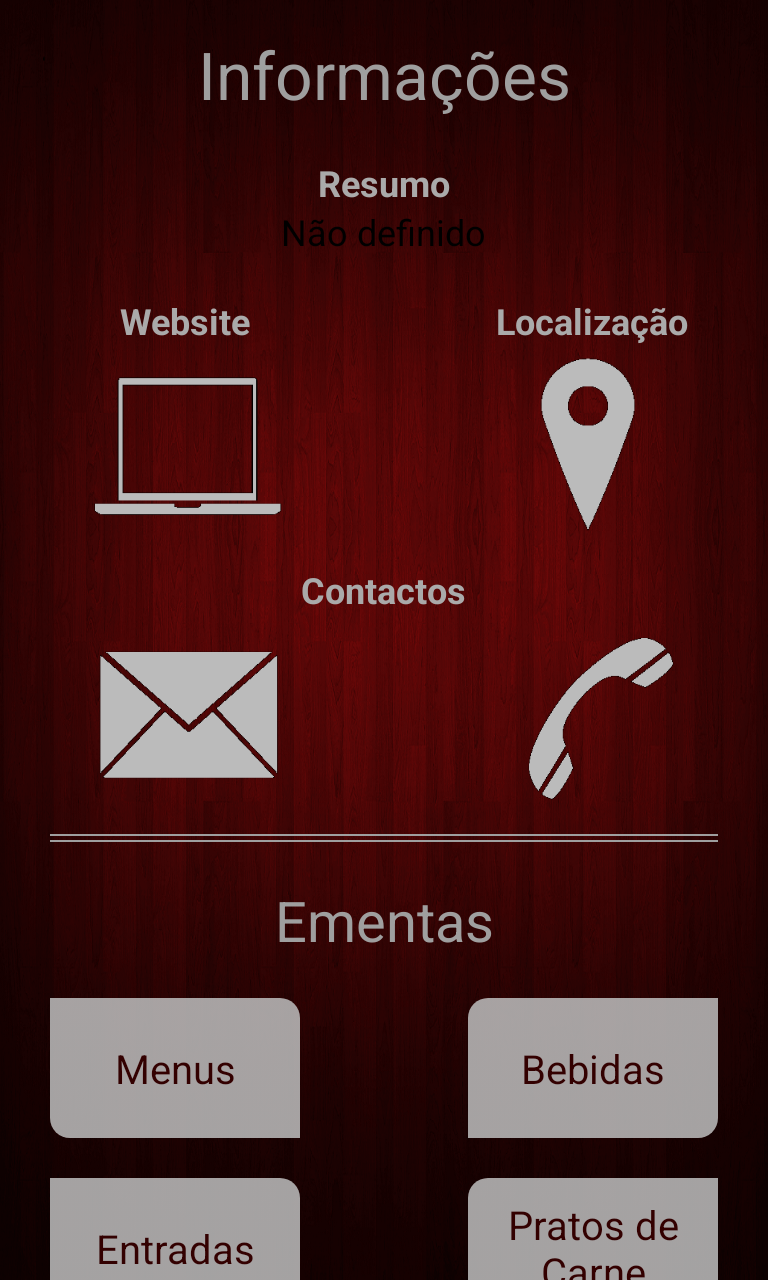
Repository: LuisFilipeDias/eMenu
Layout: SideMenuTutorial/res/layout/fragment.xml
These files come from the project's save history. The layout is drawn as it stood at one moment and after the next save; the edit follows.
It is drawn on a 768 x 1280 px phone screen (xhdpi) without system bars, with theme Theme.Sherlock; the app's code is not run.

Above is the layout before, as saved 2013-12-23 22:34:32.

### SideMenuTutorial/res/layout/fragment.xml
<LinearLayout xmlns:android="http://schemas.android.com/apk/res/android"
    xmlns:tools="http://schemas.android.com/tools"
    android:id="@+id/LinearLayout1"
    android:layout_width="match_parent"
    android:layout_height="match_parent"
    android:orientation="vertical"
    android:background="@drawable/back_a"
    tools:context=".MainActivity" >

    <ScrollView
        android:id="@+id/scrollView1"
        android:layout_width="match_parent"
        android:layout_height="match_parent">

	    <RelativeLayout
	        android:layout_width="match_parent"
	        android:layout_height="match_parent"
	        android:layout_marginLeft="25dp"
	        android:layout_marginRight="25dp" >

		    <RelativeLayout
		        android:id="@+id/relative_1"
		        android:layout_width="match_parent"
		        android:layout_height="match_parent"
		        android:layout_alignParentLeft="true"
		        android:layout_alignParentRight="true" >

		   		<TextView
		        	android:id="@+id/info_ttl"
		            android:text="@string/info_ttl"
		            android:textColor="@color/emenu_color"
		            android:layout_width="match_parent"
		            android:layout_height="match_parent"
	            	android:layout_marginTop="15dp"
		            android:textAppearance="?android:attr/textAppearanceLarge"
	            	android:gravity="center_horizontal|center_vertical"
		            android:textSize="33sp"/>

			    <TextView
			        android:id="@+id/resumee_ttl"
			        android:layout_width="wrap_content"
			        android:layout_height="wrap_content"
			        android:layout_below="@+id/info_ttl"
			        android:layout_centerHorizontal="true"
			        android:layout_marginTop="20dp"
			        android:text="@string/resumee_ttl"
			        android:textAppearance="?android:attr/textAppearanceLarge"
			        android:textColor="@android:color/darker_gray"
			        android:textSize="18sp"
			        android:textStyle="bold" />

			    <TextView
			        android:id="@+id/resumee_txt"
			        android:layout_width="wrap_content"
			        android:layout_height="wrap_content"
			        android:layout_below="@+id/resumee_ttl"
			        android:layout_centerHorizontal="true"
			        android:text="@string/resumee_txt"
			        android:textAppearance="?android:attr/textAppearanceLarge"
			        android:textSize="18sp" />

		   		<TextView
		            android:id="@+id/website_ttl"
		            android:text="@string/website_ttl"
		            android:textStyle="bold"
		            android:textColor="@android:color/darker_gray"
		            android:layout_width="wrap_content"
		            android:layout_height="wrap_content"
	            	android:layout_marginTop="20dp"
	            	android:layout_marginLeft="35dp"
	            	android:layout_below="@+id/resumee_txt"
		            android:textAppearance="?android:attr/textAppearanceLarge"
		            android:clickable="true"
		            android:textSize="18sp" />

		   		<Button
		            android:id="@+id/website_txt"
		            android:layout_width="100dp"
		            android:layout_height="100dp"
	            	android:layout_marginLeft="-15dp"
	            	android:layout_below="@+id/website_ttl"
			        android:layout_alignLeft="@+id/website_ttl"
	            	android:background="@drawable/website_clicked"
	            	android:onClick="websiteClicked" />

			   	<TextView
			       	android:id="@+id/location_ttl"
			       	android:layout_width="wrap_content"
			       	android:layout_height="wrap_content"
	               	android:layout_marginTop="20dp"
	               	android:layout_marginRight="15dp"
			       	android:layout_alignParentRight="true"
	            	android:layout_below="@+id/resumee_txt"
			       	android:clickable="true"
			       	android:text="@string/location_ttl"
			       	android:textAppearance="?android:attr/textAppearanceLarge"
			       	android:textColor="@android:color/darker_gray"
			       	android:textSize="18sp"
			       	android:textStyle="bold" />

			   	<Button
			       	android:id="@+id/location_txt"
			       	android:layout_width="100dp"
			       	android:layout_height="100dp"
	               	android:layout_below="@+id/location_ttl"
			       	android:layout_alignRight="@+id/location_ttl"
			       	android:background="@drawable/local_clicked"
			       	android:onClick="locationClicked" />

		   		<TextView
			       	android:id="@+id/contacts_ttl"
			       	android:layout_width="wrap_content"
			       	android:layout_height="wrap_content"
			       	android:layout_below="@+id/location_txt"
			       	android:layout_marginTop="10dp"
			       	android:clickable="true"
			       	android:text="@string/contacts_ttl"
			        android:layout_centerHorizontal="true"
			       	android:textAppearance="?android:attr/textAppearanceLarge"
			       	android:textColor="@android:color/darker_gray"
			       	android:textSize="18sp"
			       	android:textStyle="bold" />

		   		<TextView
		            android:id="@+id/email_txt"
	            	android:background="@drawable/email_clicked"
		            android:layout_width="100dp"
		            android:layout_height="100dp"
	            	android:layout_marginLeft="20dp"
	            	android:layout_below="@+id/contacts_ttl"
		            android:clickable="true"
	           	 	android:onClick="emailClicked" />

			   	<TextView
			       	android:id="@+id/phone_txt"
			       	android:background="@drawable/phone_clicked"
			       	android:layout_width="90dp"
			       	android:layout_height="100dp"
	            	android:layout_marginRight="15dp"
	            	android:layout_below="@+id/contacts_ttl"
			       	android:layout_alignParentRight="true"
			       	android:clickable="true"
			       	android:onClick="phoneClicked" />

		    </RelativeLayout>

		        <View
		            android:id="@+id/sep_1"
		            android:background="@color/emenu_color"
		            android:layout_width="fill_parent"
		            android:layout_height="1dp"
		            android:layout_marginTop="10dp"
	            	android:layout_below="@+id/relative_1" />

		        <View
		            android:id="@+id/sep_2"
		            android:background="@color/emenu_color"
		            android:layout_width="fill_parent"
		            android:layout_height="1dp"
		            android:layout_marginBottom="10dp"
		            android:layout_marginTop="2dp"
	            	android:layout_below="@+id/sep_1"/>

		   <TextView
		            android:id="@+id/carte_ttl"
		            android:text="@string/carte_ttl"
		            android:textColor="@color/emenu_color"
		            android:layout_width="match_parent"
		            android:layout_height="match_parent"
	            	android:layout_marginTop="10dp"
		            android:textAppearance="?android:attr/textAppearanceLarge"
	            	android:gravity="center_horizontal|center_vertical"
	            	android:layout_below="@+id/sep_2"
		            android:textSize="28sp" />

	        <TextView
	            android:id="@+id/menu_txt"
	            android:text="@string/menu_txt"
	            android:textColor="@color/brown"
	            android:layout_width="125dp"
	            android:layout_height="70dp"
	            android:layout_marginTop="20dp"
	            android:layout_below="@+id/carte_ttl"
	            android:background="@drawable/left_clicked"
	            android:gravity="center_horizontal|center_vertical"
	            android:textAppearance="?android:attr/textAppearanceLarge"
		        android:clickable="true"
	            android:onClick="menuClicked"
	            android:textSize="20sp" />

	        <TextView
	            android:id="@+id/drinks_txt"
	            android:text="@string/drinks_txt"
	            android:textColor="@color/brown"
	            android:layout_width="125dp"
	            android:layout_height="70dp"
	            android:layout_marginTop="20dp"
	            android:layout_alignBottom="@+id/menu_txt"
	            android:layout_alignParentRight="true"
	            android:background="@drawable/right_clicked"
	            android:gravity="center_horizontal|center_vertical"
	            android:textAppearance="?android:attr/textAppearanceLarge"
	            android:clickable="true"
	            android:onClick="drinksClicked"
	            android:textSize="20sp" />

	        <TextView
	            android:id="@+id/entry_txt"
	            android:text="@string/entry_txt"
	            android:textColor="@color/brown"
	            android:layout_width="125dp"
	            android:layout_height="70dp"
	            android:layout_marginTop="20dp"
	            android:layout_alignParentLeft="true"
	            android:layout_below="@+id/menu_txt"
	            android:background="@drawable/left_clicked"
	            android:gravity="center_horizontal|center_vertical"
	            android:textAppearance="?android:attr/textAppearanceLarge"
	            android:clickable="true"
	            android:onClick="entryClicked"
	            android:textSize="20sp" />

	        <TextView
	            android:id="@+id/meat_txt"
	            android:text="@string/meat_txt"
	            android:textColor="@color/brown"
	            android:layout_width="125dp"
	            android:layout_height="70dp"
	            android:layout_marginTop="20dp"
	            android:layout_alignBottom="@+id/entry_txt"
	            android:layout_alignParentRight="true"
	            android:background="@drawable/right_clicked"
	            android:gravity="center_horizontal|center_vertical"
	            android:textAppearance="?android:attr/textAppearanceLarge"
	            android:clickable="true"
	            android:onClick="meatClicked"
	            android:textSize="20sp" />

	        <TextView
	            android:id="@+id/fish_txt"
	            android:text="@string/fish_txt"
	            android:textColor="@color/brown"
	            android:layout_width="125dp"
	            android:layout_height="70dp"
	            android:layout_below="@+id/meat_txt"
	            android:layout_marginTop="20dp"
	            android:background="@drawable/left_clicked"
	            android:gravity="center_horizontal|center_vertical"
	            android:textAppearance="?android:attr/textAppearanceLarge"
	            android:clickable="true"
	            android:onClick="fishClicked"
	            android:textSize="20sp" />

	        <TextView
	            android:id="@+id/others_txt"
	            android:text="@string/others_txt"
	            android:textColor="@color/brown"
	            android:layout_width="125dp"
	            android:layout_height="70dp"
	            android:layout_marginTop="20dp"
	            android:layout_alignBottom="@+id/fish_txt"
	            android:layout_alignParentRight="true"
	            android:background="@drawable/right_clicked"
	            android:gravity="center_horizontal|center_vertical"
	            android:textAppearance="?android:attr/textAppearanceLarge"
	            android:clickable="true"
	            android:onClick="othersClicked"
	            android:textSize="20sp" />

	        <TextView
	            android:id="@+id/deserts_txt"
	            android:text="@string/deserts_txt"
	            android:textColor="@color/brown"
	            android:layout_width="125dp"
	            android:layout_height="70dp"
	            android:layout_marginTop="20dp"
	            android:layout_below="@+id/others_txt"
	            android:layout_centerHorizontal="true"
	            android:background="@drawable/center_clicked"
	            android:gravity="center_horizontal|center_vertical"
	            android:textAppearance="?android:attr/textAppearanceLarge"
	            android:clickable="true"
	            android:textSize="20sp"
	            android:onClick="desertClicked"
        		android:layout_marginBottom="20dp"/>

		   <View
		        android:id="@+id/sep_3"
		        android:background="@color/emenu_color"
		        android:layout_width="fill_parent"
		        android:layout_height="1dp"
		        android:layout_marginTop="20dp"
	         	android:layout_below="@+id/deserts_txt" />

	    </RelativeLayout>
    </ScrollView>

</LinearLayout>

### SideMenuTutorial/res/values/colors.xml
<?xml version="1.0" encoding="utf-8"?>
<resources>
        <color name="background_color">#888888</color>
        <color name="text_color">#00FFFF</color>
        <color name="random_color">#0000FF</color>
        <color name="light_grey">#EBEBEB</color>
        <color name="medium_grey">#A0A0A0</color>
        <color name="dark_grey">#646464</color>
        <color name="light_red">#FFE2E2</color>
        <color name="medium_red">#FFB4B4</color>
        <color name="light_blue">#E2E2FF</color>
        <color name="medium_blue">#B4B4FF</color>
        <color name="dark_blue">#0000FF</color>
        <color name="light_green">#E2FFE2</color>
        <color name="medium_green">#B4FFB4</color>
        <color name="emenu_color">#9F9F9F</color>
        <color name="light_orange">#FFC983</color>
        <color name="medium_orange">#FFB778</color>
        <color name="light_yellow">#FFFFBF</color>
        <color name="medium_yellow">#FFFFA3</color>
        <color name="white">#FFFFFF</color>
        <color name="top_blue">#3399CC</color>
        <color name="brown">#330000</color>
</resources>

### SideMenuTutorial/res/drawable/website_clicked.xml
<?xml version="1.0" encoding="utf-8"?>
<selector xmlns:android="http://schemas.android.com/apk/res/android">
<!-- Button Focused-->
    <item   android:state_focused="true"
            android:state_pressed="false"
            android:drawable="@drawable/website_click"
            />
<!-- Button Focused Pressed-->
    <item   android:state_focused="true"
            android:state_pressed="true"
            android:drawable="@drawable/website_click"
            />
<!-- Button Pressed-->
    <item   android:state_focused="false"
            android:state_pressed="true"
            android:drawable="@drawable/website_click"
            />
<!-- Button Default Image-->
    <item   android:drawable="@drawable/website"/>

</selector>

### SideMenuTutorial/res/drawable/local_clicked.xml
<?xml version="1.0" encoding="utf-8"?>
<selector xmlns:android="http://schemas.android.com/apk/res/android">
<!-- Button Focused-->
    <item   android:state_focused="true"
            android:state_pressed="false"
            android:drawable="@drawable/local_click"
            />
<!-- Button Focused Pressed-->
    <item   android:state_focused="true"
            android:state_pressed="true"
            android:drawable="@drawable/local_click"
            />
<!-- Button Pressed-->
    <item   android:state_focused="false"
            android:state_pressed="true"
            android:drawable="@drawable/local_click"
            />
<!-- Button Default Image-->
    <item   android:drawable="@drawable/local"/>

</selector>

### SideMenuTutorial/res/drawable/email_clicked.xml
<?xml version="1.0" encoding="utf-8"?>
<selector xmlns:android="http://schemas.android.com/apk/res/android">
<!-- Button Focused-->
    <item   android:state_focused="true"
            android:state_pressed="false"
            android:drawable="@drawable/email_click"
            />
<!-- Button Focused Pressed-->
    <item   android:state_focused="true"
            android:state_pressed="true"
            android:drawable="@drawable/email_click"
            />
<!-- Button Pressed-->
    <item   android:state_focused="false"
            android:state_pressed="true"
            android:drawable="@drawable/email_click"
            />
<!-- Button Default Image-->
    <item   android:drawable="@drawable/email"/>

</selector>

### SideMenuTutorial/res/drawable/phone_clicked.xml
<?xml version="1.0" encoding="utf-8"?>
<selector xmlns:android="http://schemas.android.com/apk/res/android">
<!-- Button Focused-->
    <item   android:state_focused="true"
            android:state_pressed="false"
            android:drawable="@drawable/phone_click"
            />
<!-- Button Focused Pressed-->
    <item   android:state_focused="true"
            android:state_pressed="true"
            android:drawable="@drawable/phone_click"
            />
<!-- Button Pressed-->
    <item   android:state_focused="false"
            android:state_pressed="true"
            android:drawable="@drawable/phone_click"
            />
<!-- Button Default Image-->
    <item   android:drawable="@drawable/phone"/>

</selector>

### SideMenuTutorial/res/drawable/left_clicked.xml
<?xml version="1.0" encoding="utf-8"?>
<selector xmlns:android="http://schemas.android.com/apk/res/android">
<!-- Button Focused-->
    <item   android:state_focused="true"
            android:state_pressed="false"
            android:drawable="@drawable/left_bg"
            />
<!-- Button Focused Pressed-->
    <item   android:state_focused="true"
            android:state_pressed="true"
            android:drawable="@drawable/left_bg"
            />
<!-- Button Pressed-->
    <item   android:state_focused="false"
            android:state_pressed="true"
            android:drawable="@drawable/left_bg"
            />
<!-- Button Default Image-->
    <item   android:drawable="@drawable/left_hover"/>

</selector>

### SideMenuTutorial/res/drawable/right_clicked.xml
<?xml version="1.0" encoding="utf-8"?>
<selector xmlns:android="http://schemas.android.com/apk/res/android">
<!-- Button Focused-->
    <item   android:state_focused="true"
            android:state_pressed="false"
            android:drawable="@drawable/right_bg"
            />
<!-- Button Focused Pressed-->
    <item   android:state_focused="true"
            android:state_pressed="true"
            android:drawable="@drawable/right_bg"
            />
<!-- Button Pressed-->
    <item   android:state_focused="false"
            android:state_pressed="true"
            android:drawable="@drawable/right_bg"
            />
<!-- Button Default Image-->
    <item   android:drawable="@drawable/right_hover"/>

</selector>

### SideMenuTutorial/res/drawable/center_clicked.xml
<?xml version="1.0" encoding="utf-8"?>
<selector xmlns:android="http://schemas.android.com/apk/res/android">
<!-- Button Focused-->
    <item   android:state_focused="true"
            android:state_pressed="false"
            android:drawable="@drawable/center_bg"
            />
<!-- Button Focused Pressed-->
    <item   android:state_focused="true"
            android:state_pressed="true"
            android:drawable="@drawable/center_bg"
            />
<!-- Button Pressed-->
    <item   android:state_focused="false"
            android:state_pressed="true"
            android:drawable="@drawable/center_bg"
            />
<!-- Button Default Image-->
    <item   android:drawable="@drawable/center_hover"/>

</selector>

### SideMenuTutorial/res/drawable/center_bg.xml
<?xml version="1.0" encoding="UTF-8"?>
<shape xmlns:android="http://schemas.android.com/apk/res/android">
<!--this is to give gradient effect -->
<gradient   android:angle="270"
            android:startColor="#FFFFFFFF"
            android:endColor="#FFFFFFFF"
            />
<!-- this is make corners of button rounded -->
<corners    android:topLeftRadius="10dip"
               android:bottomRightRadius="10dip"
               android:topRightRadius="10dip"
               android:bottomLeftRadius="10dip"/>

</shape>

### SideMenuTutorial/res/drawable/center_hover.xml
<?xml version="1.0" encoding="UTF-8"?>
<shape xmlns:android="http://schemas.android.com/apk/res/android">
<!--this is to give gradient effect -->
<gradient   android:angle="270"
               android:startColor="#DDBBBBBB"
               android:endColor="#DDBBBBBB"
               />
<!-- this is make corners of button rounded -->
<corners    android:topLeftRadius="10dip"
               android:bottomRightRadius="10dip"
               android:topRightRadius="10dip"
               android:bottomLeftRadius="10dip"/>

</shape>

### SideMenuTutorial/res/drawable/right_bg.xml
<?xml version="1.0" encoding="UTF-8"?>
<shape xmlns:android="http://schemas.android.com/apk/res/android">
<!--this is to give gradient effect -->
<gradient   android:angle="270"
            android:startColor="#FFFFFFFF"
            android:endColor="#FFFFFFFF"
            />
<!-- this is make corners of button rounded -->
<corners    android:topLeftRadius="10dip"
               android:bottomRightRadius="10dip"
               android:topRightRadius="0dip"
               android:bottomLeftRadius="0dip"/>

</shape>

### SideMenuTutorial/res/drawable/right_hover.xml
<?xml version="1.0" encoding="UTF-8"?>
<shape xmlns:android="http://schemas.android.com/apk/res/android">
<!--this is to give gradient effect -->
<gradient   android:angle="270"
               android:startColor="#DDBBBBBB"
               android:endColor="#DDBBBBBB"
               />
<!-- this is make corners of button rounded -->
<corners    android:topLeftRadius="10dip"
               android:bottomRightRadius="10dip"
               android:topRightRadius="0dip"
               android:bottomLeftRadius="0dip"/>

</shape>

### SideMenuTutorial/res/drawable/left_bg.xml
<?xml version="1.0" encoding="UTF-8"?>
<shape xmlns:android="http://schemas.android.com/apk/res/android">
<!--this is to give gradient effect -->
<gradient   android:angle="270"
            android:startColor="#FFFFFFFF"
            android:endColor="#FFFFFFFF"
            />
<!-- this is make corners of button rounded -->
<corners    android:topLeftRadius="0dip"
               android:bottomRightRadius="0dip"
               android:topRightRadius="10dip"
               android:bottomLeftRadius="10dip"/>

</shape>

### SideMenuTutorial/res/drawable/left_hover.xml
<?xml version="1.0" encoding="UTF-8"?>
<shape xmlns:android="http://schemas.android.com/apk/res/android">
<!--this is to give gradient effect -->
<gradient   android:angle="270"
               android:startColor="#DDBBBBBB"
               android:endColor="#DDBBBBBB"
               />
<!-- this is make corners of button rounded -->
<corners    android:topLeftRadius="0dip"
               android:bottomRightRadius="0dip"
               android:topRightRadius="10dip"
               android:bottomLeftRadius="10dip"/>

</shape>

Loaded but not shown: SideMenuTutorial/res/values/strings.xml (48 lines, source omitted)

After the next save:
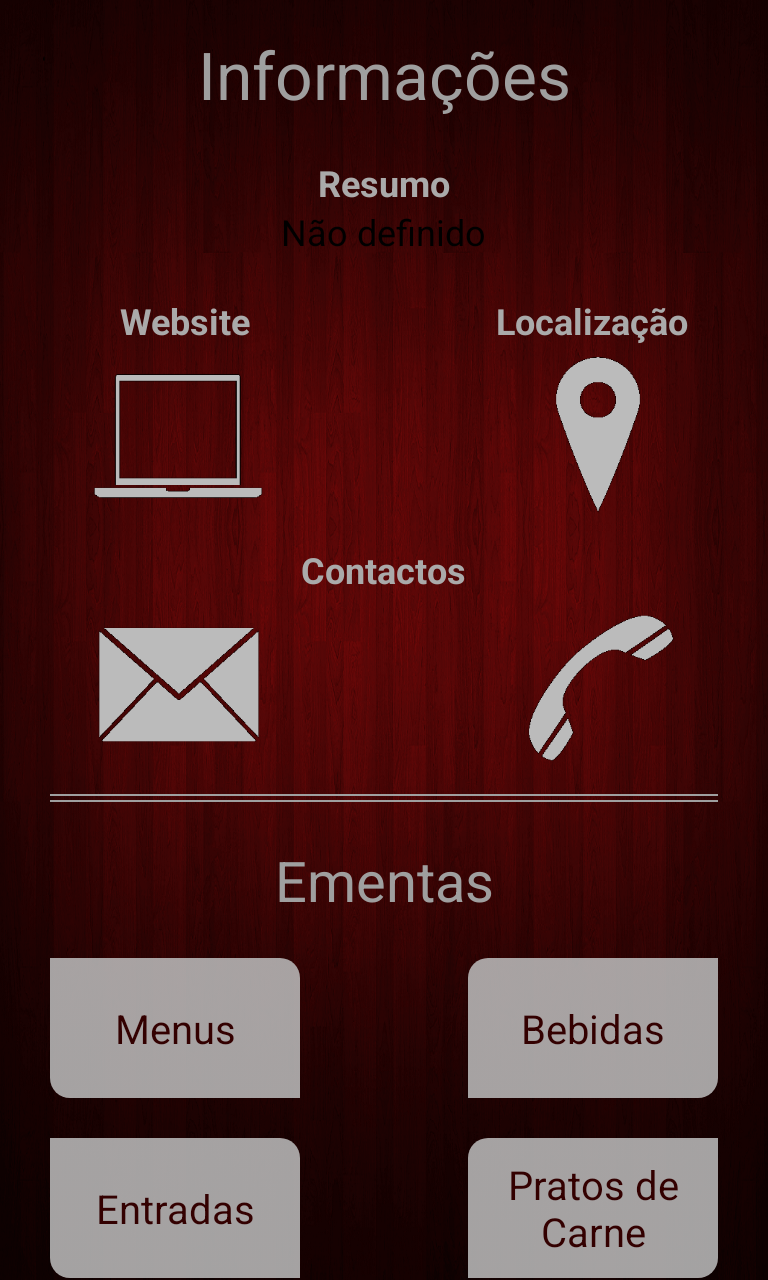
Saved 13 s later.
--- a/SideMenuTutorial/res/layout/fragment.xml
+++ b/SideMenuTutorial/res/layout/fragment.xml
@@ -75,8 +75,8 @@
 
 		   		<Button
 		            android:id="@+id/website_txt"
-		            android:layout_width="100dp"
-		            android:layout_height="100dp"
+		            android:layout_width="90dp"
+		            android:layout_height="90dp"
 	            	android:layout_marginLeft="-15dp"
 	            	android:layout_below="@+id/website_ttl"
 			        android:layout_alignLeft="@+id/website_ttl"
@@ -100,8 +100,8 @@
 
 			   	<Button
 			       	android:id="@+id/location_txt"
-			       	android:layout_width="100dp"
-			       	android:layout_height="100dp"
+			       	android:layout_width="90dp"
+			       	android:layout_height="90dp"
 	               	android:layout_below="@+id/location_ttl"
 			       	android:layout_alignRight="@+id/location_ttl"
 			       	android:background="@drawable/local_clicked"
@@ -124,8 +124,8 @@
 		   		<TextView
 		            android:id="@+id/email_txt"
 	            	android:background="@drawable/email_clicked"
-		            android:layout_width="100dp"
-		            android:layout_height="100dp"
+		            android:layout_width="90dp"
+		            android:layout_height="90dp"
 	            	android:layout_marginLeft="20dp"
 	            	android:layout_below="@+id/contacts_ttl"
 		            android:clickable="true"
@@ -135,7 +135,7 @@
 			       	android:id="@+id/phone_txt"
 			       	android:background="@drawable/phone_clicked"
 			       	android:layout_width="90dp"
-			       	android:layout_height="100dp"
+			       	android:layout_height="90dp"
 	            	android:layout_marginRight="15dp"
 	            	android:layout_below="@+id/contacts_ttl"
 			       	android:layout_alignParentRight="true"
